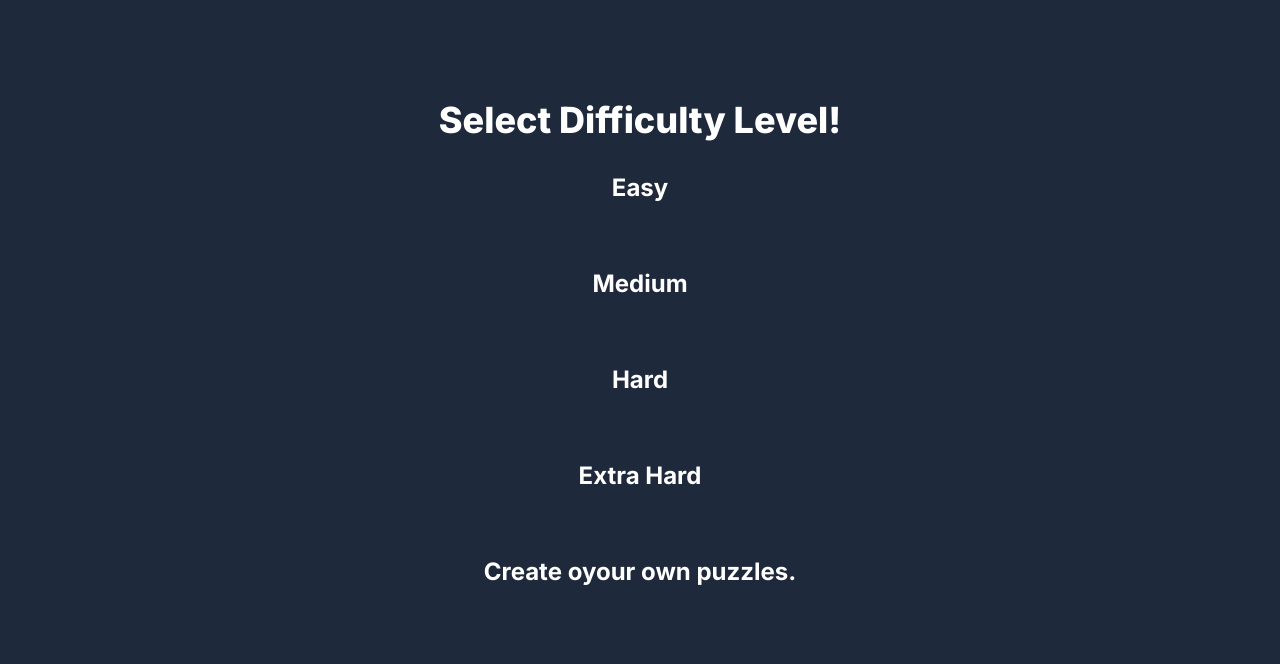
Repository: badhon252/sudoku
Page: /level
These files come from the project's save history. The page is drawn as it stood at one moment and after the next save; the edit follows.
The browser window is 1280 px wide. The pictures show the whole page.
The project was rebuilt for these pictures with package versions that can differ from the ones it lists, and the page was loaded fresh each time. The framework's server and built-in components were replaced by stand-ins that run in the browser. Also part of the build but not shown: next.config.js.

Above is the page before, as saved 2023-06-04 21:53:21.

After the next save:
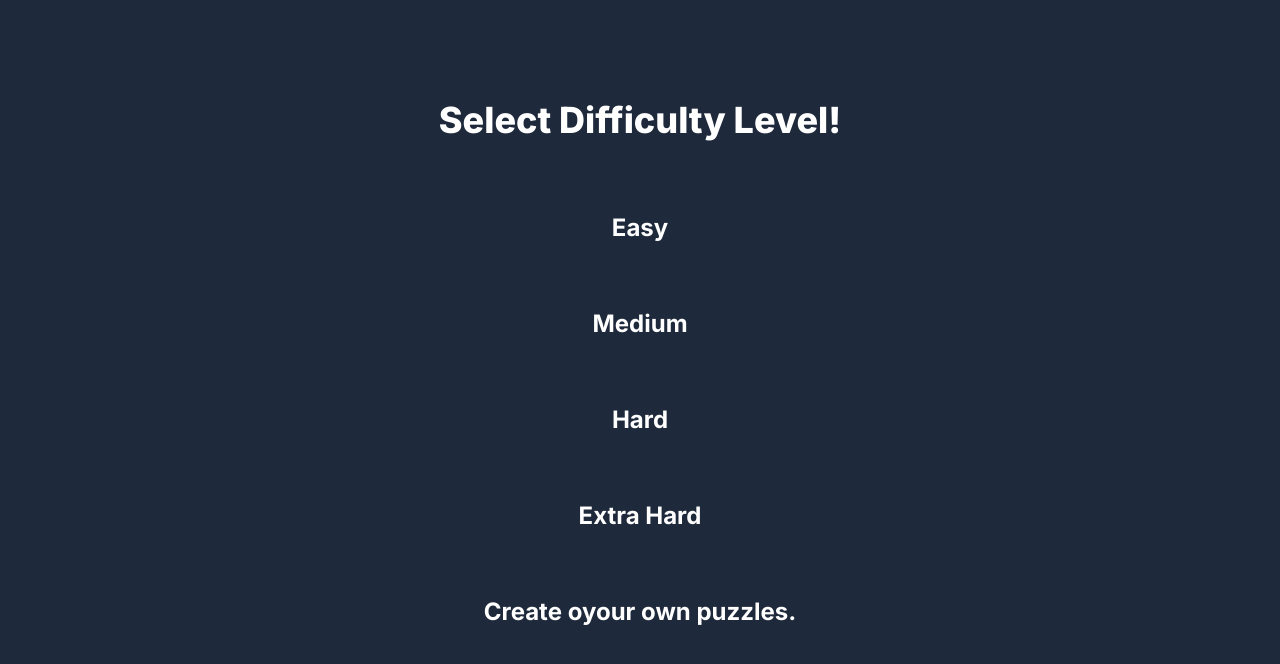
Saved 15 s later.
--- a/app/level/page.tsx
+++ b/app/level/page.tsx
@@ -3,7 +3,7 @@ import React from 'react'
 export default function Level() {
   return (
     <div className='min-h-screen flex flex-col items-center justify-center bg-slate-800 text-white'>
-        <h1 className='text-4xl font-extrabold'>Select Difficulty Level! </h1>
+        <h1 className='text-4xl font-extrabold my-10'>Select Difficulty Level! </h1>
         <button className='my-5 py-3 px-2 text-2xl font-bold'>Easy</button>
         <button className='my-5 py-3 px-2 text-2xl font-bold'>Medium</button>
         <button className='my-5 py-3 px-2 text-2xl font-bold'>Hard</button>
